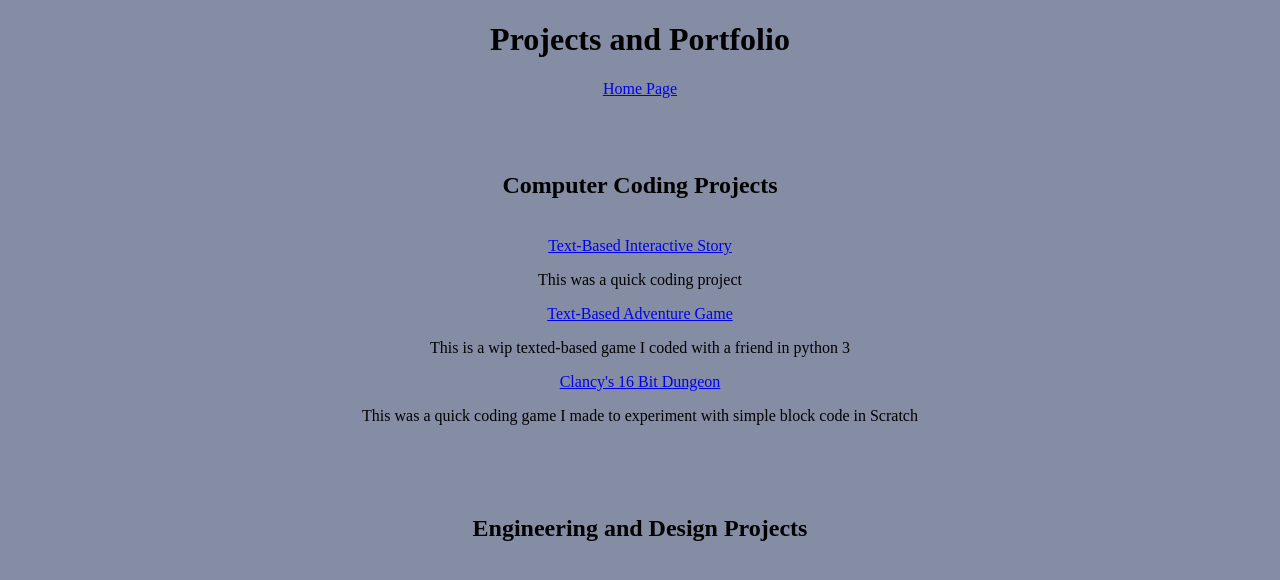
Repository: MaiJun21/MaiJun21.github.io
Page: coding.html
The author's editor kept a record of every edit. The page is drawn from the files as they stood at one moment, then again after the next edit.
The browser window is 1280 px wide. The pictures show the whole page.

Above is the page before.

### coding.html
<!DOCTYPE html>
<html>
     <style>
    body{
        background-image: url('images/bg.png');
    }
    </style>
<head>
<title>Page Title</title>
</head>
<center>
<body>

<h1 style="text-align:center;">Projects and Portfolio</h1>
<a href="index.html">Home Page</a>
<br>
<br>
<br>
<br>
<h2 style="text-align:center;">Computer Coding Projects</h2>
<br>
<a href="https://Interactive-Fiction-Coding-Assignment.mai41.repl.run" target="_blank">Text-Based Interactive Story</a>
<p>This was a quick coding project</p>
<a href="https://Interactive-Story.mai41.repl.run" target="_blank">Text-Based Adventure Game</a>
<p>This is a wip texted-based game I coded with a friend in python 3</p>
<a href="https://scratch.mit.edu/projects/329258433" target="_blank">Clancy's 16 Bit Dungeon</a>
<p>This was a quick coding game I made to experiment with simple block code in Scratch</p>

<br>
<br>
<br>
<h2 style="text-align:center;">Engineering and Design Projects</h2>
<br>


</body>
</center>
</html>

After the next edit:
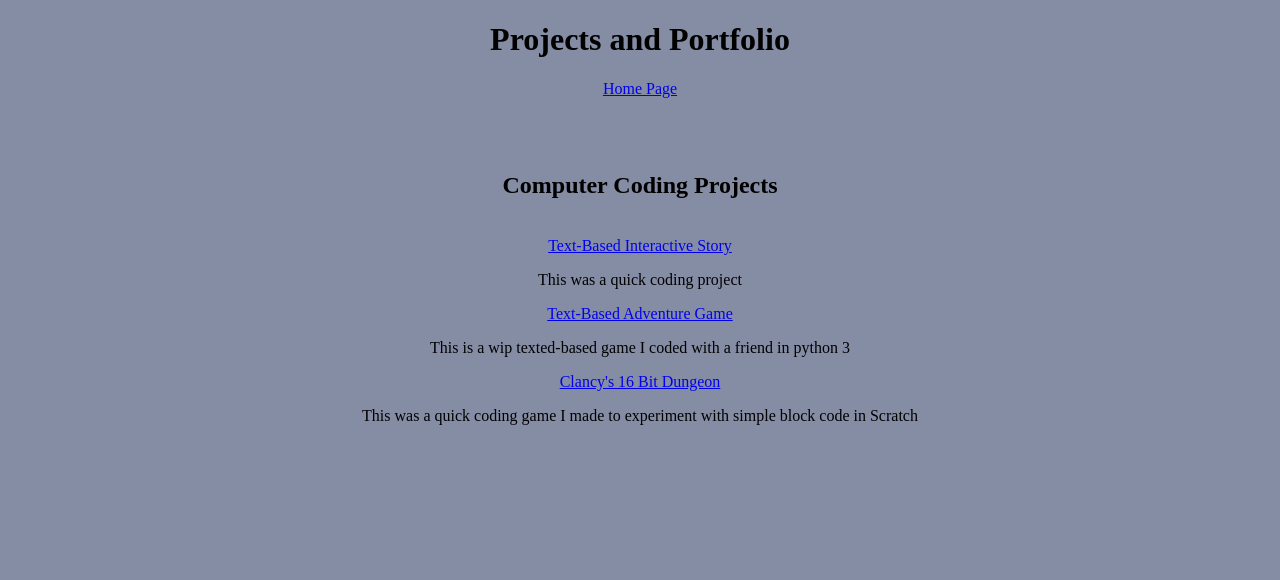
The edit:
--- a/coding.html
+++ b/coding.html
@@ -26,11 +26,7 @@
 <a href="https://scratch.mit.edu/projects/329258433" target="_blank">Clancy's 16 Bit Dungeon</a>
 <p>This was a quick coding game I made to experiment with simple block code in Scratch</p>
 
-<br>
-<br>
-<br>
-<h2 style="text-align:center;">Engineering and Design Projects</h2>
-<br>
+
 
 
 </body>
